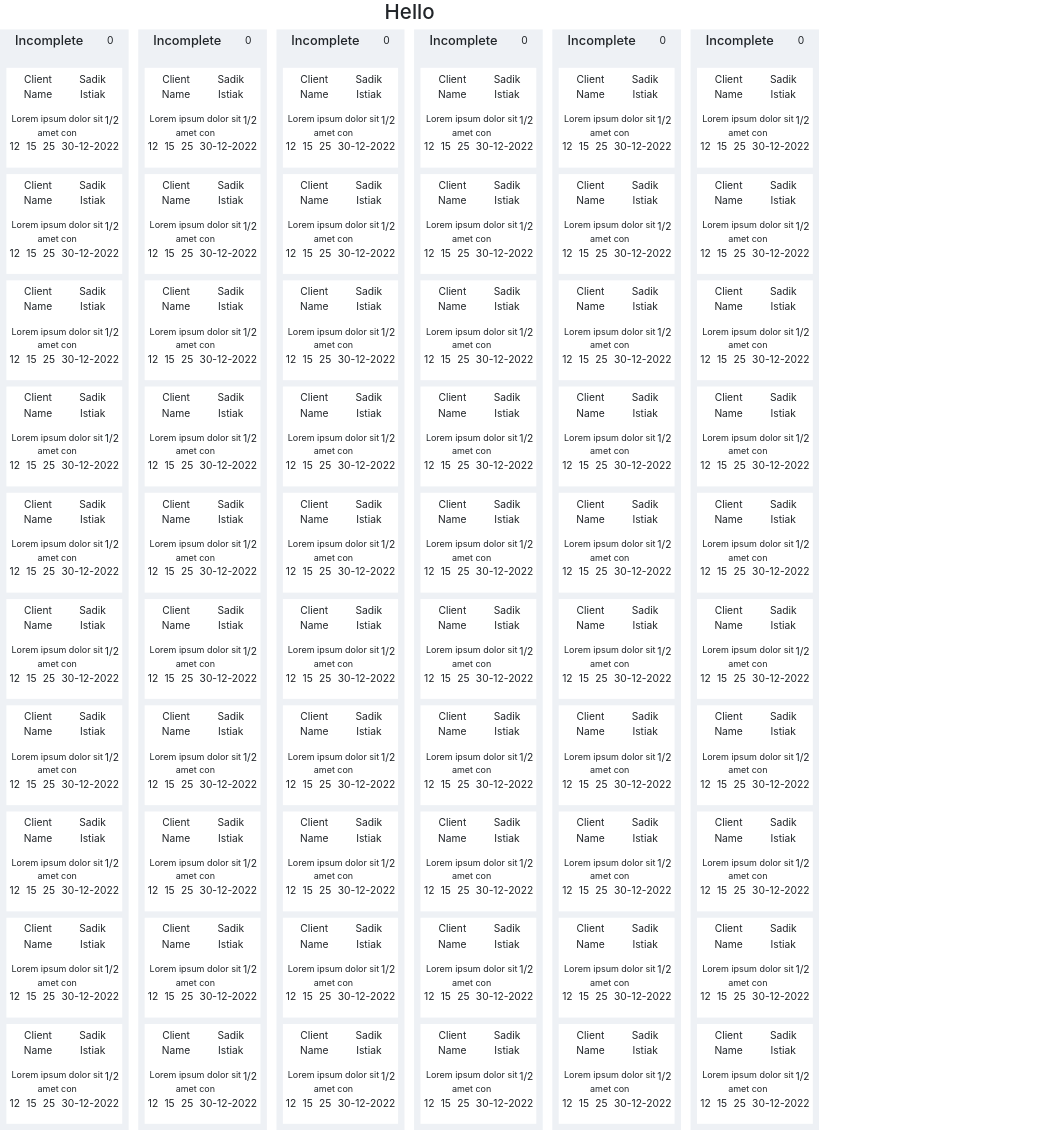
Repository: Sharif-00112/dashboard-task-frontend
Page: /
An editor plug-in stored every save of this project. The page is shown before and after the next save, followed by the edit.
The browser window is 1280 px wide. The page is 1280 px wide, then 1637 px, so the pictures cover 1637 px, including what lies to the right of the window. The pictures show the whole page, at 64% of full size.
The project was rebuilt for these pictures with package versions that can differ from the ones it lists, and the page was loaded fresh each time.

Above is the page before, as saved 2023-01-28 20:49:14.

### src/index.js
import React from 'react';
import 'bootstrap/dist/css/bootstrap.css';
import ReactDOM from 'react-dom/client';
import './index.css';
import App from './App';
import reportWebVitals from './reportWebVitals';

const root = ReactDOM.createRoot(document.getElementById('root'));
root.render(
  <React.StrictMode>
    <App />
  </React.StrictMode>
);

// If you want to start measuring performance in your app, pass a function
// to log results (for example: reportWebVitals(console.log))
// or send to an analytics endpoint. Learn more: https://bit.ly/CRA-vitals
reportWebVitals();

### src/App.js
import './App.css';
import Dashboard from './Components/Dashboard';

function App() {
  return (
    <div className="App">

      <h2>Hello</h2>
      <Dashboard></Dashboard>
    </div>
  );
}

export default App;

### src/Components/Dashboard.js
import React from 'react';
import Incomplete from './Incomplete';

const Dashboard = () => {
    return (
        <div className='dashboard'>
            <Incomplete></Incomplete>
            <Incomplete></Incomplete>
            <Incomplete></Incomplete>
            <Incomplete></Incomplete>
            <Incomplete></Incomplete>
            <Incomplete></Incomplete>
        </div>
    );
};

export default Dashboard;

### src/Components/Incomplete.js
import React, { useState } from 'react';
import { useEffect } from 'react';
import './styles.css';
import Task from './Task';

const Incomplete = () => {
    const [tasks, setTasks] = useState([]);
    useEffect( ()=> {
        fetch('./tasks.JSON')
        .then(res => res.json())
        .then(data => setTasks(data))
    } ,[])
    return (
        <div className='background'>
            <div className="task-title">
                <h5>Incomplete</h5>
                <p>0</p>
            </div>
            <div className="section-container scrolling-y">
                <div className="task-container scrolling-y">
                    {
                        tasks.map(task => <Task
                            key={task.taskNo}
                            task={task}
                        ></Task>)
                    }
                </div>
            </div>
        </div>
    );
};

export default Incomplete;

### src/Components/styles.css
.background{
    background-color: rgb(238, 241, 245);
}

#scrolling-y{
    overflow-y: scroll;
    white-space: nowrap;
}

#scrolling-x{
    overflow-y: scroll;
    white-space: nowrap;
}

.task-part{
    display: flex;
    justify-content: space-between;
}

.task-title{
    display: flex;
    justify-content: space-around;
    padding: 5px;
}

.task{
    background-color: white;
    margin: 10px;
    padding: 5px;
}

.dashboard{
    display: grid;
    grid-template-columns: 1fr 1fr 1fr 1fr 1fr 1fr;
    grid-gap: 15px;
}

### src/Components/Task.js
import React from 'react';
import './styles.css';

const Task = (props) => {
    const {clientName, clientImg, supervisorName, supervisorImg, taskSummary, progress, staff1Img, staff2Img, modules, message, attachment, date} = props.task;
    return (
        <div className='task'>
            <div className="task-part">
                <p>{clientName}</p>
                <p>{supervisorName}</p>
            </div>
            <div className="task-part">
                <small>{taskSummary.substring(0,30)}</small>
                <p>{progress}</p>
            </div>
            <div className="task-part">
                <p>{modules}</p>
                <p>{message}</p>
                <p>{attachment}</p>
                <p>{date}</p>
            </div>
        </div>
    );
};

export default Task;

### public/tasks.JSON
[
  {
    "taskNo": 1,
    "clientName": "Client Name",
    "clientImg": "clientIMG.jpg",
    "supervisorName": "Sadik Istiak",
    "supervisorImg": "supervisorIMG.jpg",
    "taskSummary": "Lorem ipsum dolor sit amet consectetur adipisicing elit. Pariatur velit nemo accusamus. Dolorum, doloribus quisquam unde repellat iusto voluptatum quasi?",
    "progress": "1/2",
    "staff1Img": "staff1.jpg",
    "staff2Img": "staff2.jpg",
    "modules": 12,
    "message": 15,
    "attachment": 25,
    "date": "30-12-2022"
  },
  {
    "taskNo": 2,
    "clientName": "Client Name",
    "clientImg": "clientIMG.jpg",
    "supervisorName": "Sadik Istiak",
    "supervisorImg": "supervisorIMG.jpg",
    "taskSummary": "Lorem ipsum dolor sit amet consectetur adipisicing elit. Pariatur velit nemo accusamus. Dolorum, doloribus quisquam unde repellat iusto voluptatum quasi?",
    "progress": "1/2",
    "staff1Img": "staff1.jpg",
    "staff2Img": "staff2.jpg",
    "modules": 12,
    "message": 15,
    "attachment": 25,
    "date": "30-12-2022"
  },
  {
    "taskNo": 3,
    "clientName": "Client Name",
    "clientImg": "clientIMG.jpg",
    "supervisorName": "Sadik Istiak",
    "supervisorImg": "supervisorIMG.jpg",
    "taskSummary": "Lorem ipsum dolor sit amet consectetur adipisicing elit. Pariatur velit nemo accusamus. Dolorum, doloribus quisquam unde repellat iusto voluptatum quasi?",
    "progress": "1/2",
    "staff1Img": "staff1.jpg",
    "staff2Img": "staff2.jpg",
    "modules": 12,
    "message": 15,
    "attachment": 25,
    "date": "30-12-2022"
  },
  {
    "taskNo": 4,
    "clientName": "Client Name",
    "clientImg": "clientIMG.jpg",
    "supervisorName": "Sadik Istiak",
    "supervisorImg": "supervisorIMG.jpg",
    "taskSummary": "Lorem ipsum dolor sit amet consectetur adipisicing elit. Pariatur velit nemo accusamus. Dolorum, doloribus quisquam unde repellat iusto voluptatum quasi?",
    "progress": "1/2",
    "staff1Img": "staff1.jpg",
    "staff2Img": "staff2.jpg",
    "modules": 12,
    "message": 15,
    "attachment": 25,
    "date": "30-12-2022"
  },
  {
    "taskNo": 5,
    "clientName": "Client Name",
    "clientImg": "clientIMG.jpg",
    "supervisorName": "Sadik Istiak",
    "supervisorImg": "supervisorIMG.jpg",
    "taskSummary": "Lorem ipsum dolor sit amet consectetur adipisicing elit. Pariatur velit nemo accusamus. Dolorum, doloribus quisquam unde repellat iusto voluptatum quasi?",
    "progress": "1/2",
    "staff1Img": "staff1.jpg",
    "staff2Img": "staff2.jpg",
    "modules": 12,
    "message": 15,
    "attachment": 25,
    "date": "30-12-2022"
  },
  {
    "taskNo": 6,
    "clientName": "Client Name",
    "clientImg": "clientIMG.jpg",
    "supervisorName": "Sadik Istiak",
    "supervisorImg": "supervisorIMG.jpg",
    "taskSummary": "Lorem ipsum dolor sit amet consectetur adipisicing elit. Pariatur velit nemo accusamus. Dolorum, doloribus quisquam unde repellat iusto voluptatum quasi?",
    "progress": "1/2",
    "staff1Img": "staff1.jpg",
    "staff2Img": "staff2.jpg",
    "modules": 12,
    "message": 15,
    "attachment": 25,
    "date": "30-12-2022"
  },
  {
    "taskNo": 7,
    "clientName": "Client Name",
    "clientImg": "clientIMG.jpg",
    "supervisorName": "Sadik Istiak",
    "supervisorImg": "supervisorIMG.jpg",
    "taskSummary": "Lorem ipsum dolor sit amet consectetur adipisicing elit. Pariatur velit nemo accusamus. Dolorum, doloribus quisquam unde repellat iusto voluptatum quasi?",
    "progress": "1/2",
    "staff1Img": "staff1.jpg",
    "staff2Img": "staff2.jpg",
    "modules": 12,
    "message": 15,
    "attachment": 25,
    "date": "30-12-2022"
  },
  {
    "taskNo": 8,
    "clientName": "Client Name",
    "clientImg": "clientIMG.jpg",
    "supervisorName": "Sadik Istiak",
    "supervisorImg": "supervisorIMG.jpg",
    "taskSummary": "Lorem ipsum dolor sit amet consectetur adipisicing elit. Pariatur velit nemo accusamus. Dolorum, doloribus quisquam unde repellat iusto voluptatum quasi?",
    "progress": "1/2",
    "staff1Img": "staff1.jpg",
    "staff2Img": "staff2.jpg",
    "modules": 12,
    "message": 15,
    "attachment": 25,
    "date": "30-12-2022"
  },
  {
    "taskNo": 9,
    "clientName": "Client Name",
    "clientImg": "clientIMG.jpg",
    "supervisorName": "Sadik Istiak",
    "supervisorImg": "supervisorIMG.jpg",
    "taskSummary": "Lorem ipsum dolor sit amet consectetur adipisicing elit. Pariatur velit nemo accusamus. Dolorum, doloribus quisquam unde repellat iusto voluptatum quasi?",
    "progress": "1/2",
    "staff1Img": "staff1.jpg",
    "staff2Img": "staff2.jpg",
    "modules": 12,
    "message": 15,
    "attachment": 25,
    "date": "30-12-2022"
  },
  {
    "taskNo": 10,
    "clientName": "Client Name",
    "clientImg": "clientIMG.jpg",
    "supervisorName": "Sadik Istiak",
    "supervisorImg": "supervisorIMG.jpg",
    "taskSummary": "Lorem ipsum dolor sit amet consectetur adipisicing elit. Pariatur velit nemo accusamus. Dolorum, doloribus quisquam unde repellat iusto voluptatum quasi?",
    "progress": "1/2",
    "staff1Img": "staff1.jpg",
    "staff2Img": "staff2.jpg",
    "modules": 12,
    "message": 15,
    "attachment": 25,
    "date": "30-12-2022"
  }
]

Loaded but not shown: public/index.html (common file); src/index.css (common file); src/reportWebVitals.js (common file); src/App.css (common file)

After the next save:
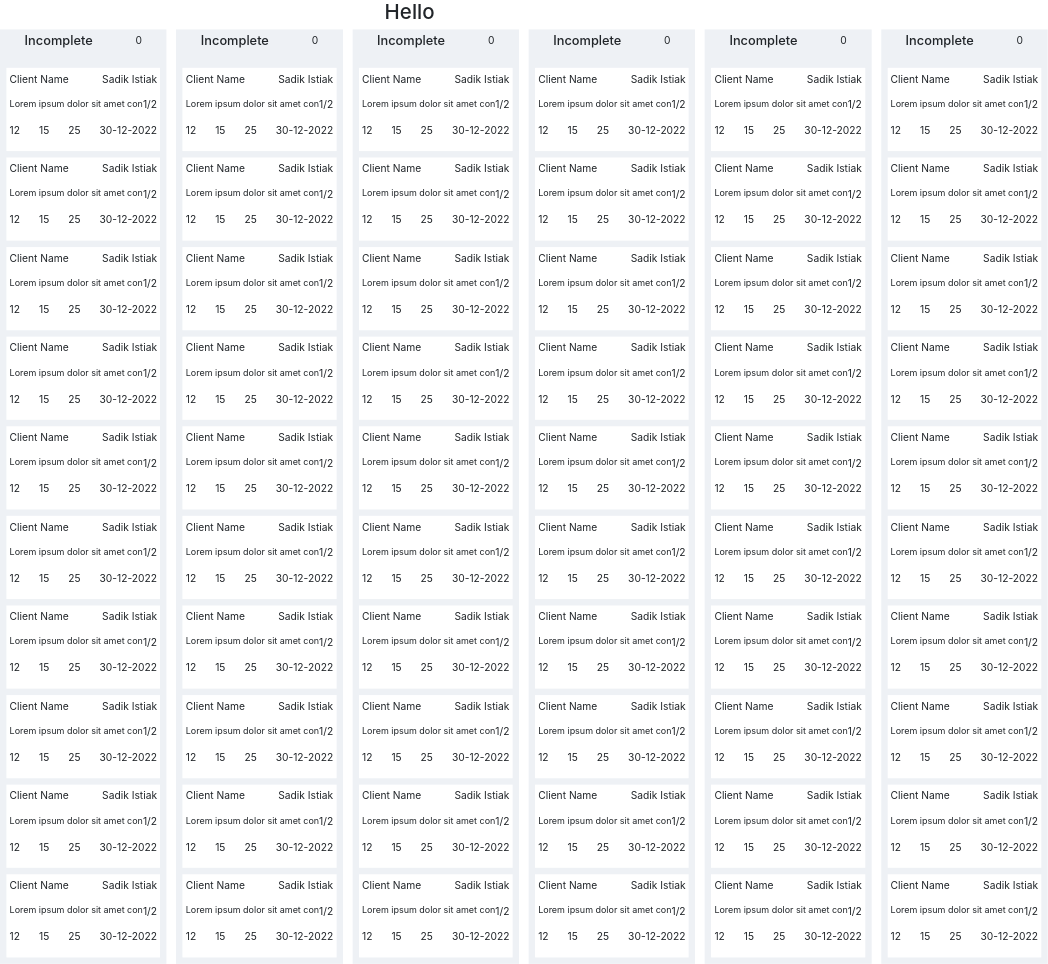
Saved 21 s later.
--- a/src/Components/Incomplete.js
+++ b/src/Components/Incomplete.js
@@ -16,8 +16,8 @@ const Incomplete = () => {
                 <h5>Incomplete</h5>
                 <p>0</p>
             </div>
-            <div className="section-container scrolling-y">
-                <div className="task-container scrolling-y">
+            <div id='scrolling-y' className="section-container">
+                <div className="task-container">
                     {
                         tasks.map(task => <Task
                             key={task.taskNo}
